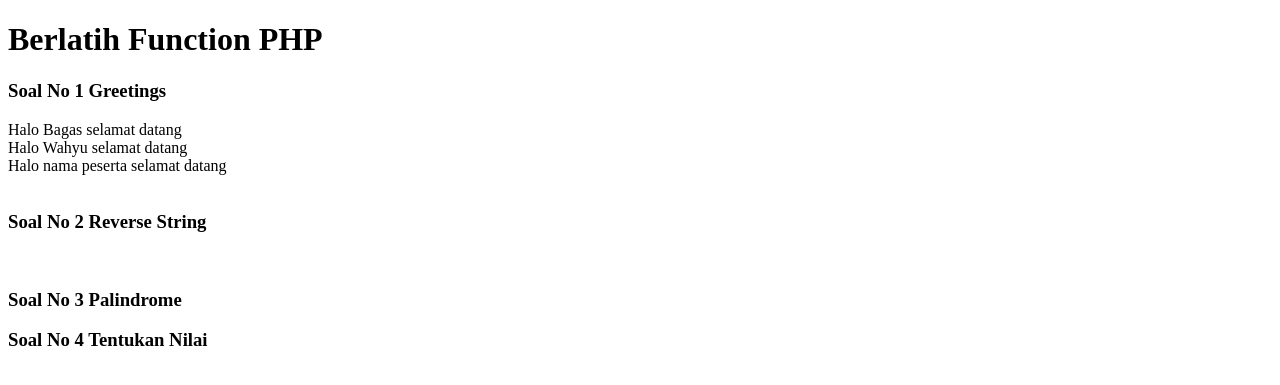
Repository: mfarhannr/IM-Sanbercode-Laravel-Web-Dev
Page: http://localhost/function-conditional.php
An editor plug-in stored every save of this project. The page is shown before and after a run of saves, followed by the edit.
The browser window is 1280 px wide. The pictures show the whole page.
The page is run by PHP 8.4 with error messages shown; the project is at /var/www/html/.

Above is the page before, as saved 2023-10-06 13:11:39.

After the next 5 saves:
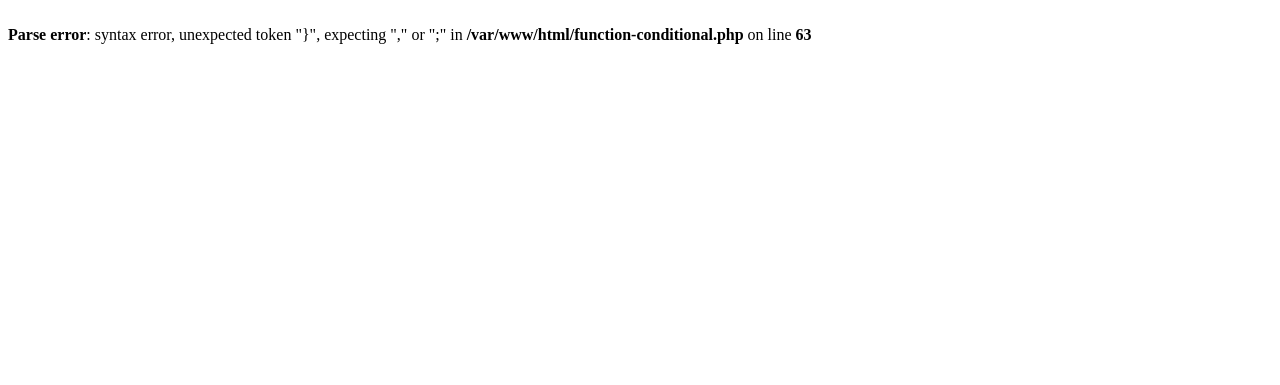
The 5 saves are shown as one change because they came seconds apart.
The last was saved 16 s later.
--- a/Soal-8-PHP/function-conditional.php
+++ b/Soal-8-PHP/function-conditional.php
@@ -59,7 +59,7 @@
 
 function reverseString($kata2){
     $string=reverse($kata2);
-
+    echo  $string . ""
 }
 
 // Hapus komentar di bawah ini untuk jalankan Code

After the 2 saves that followed:
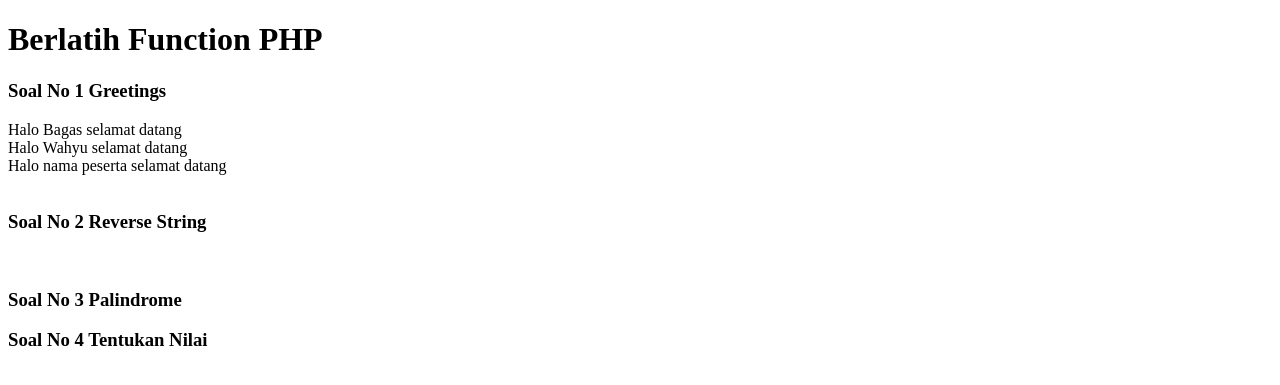
The 2 saves are shown as one change because they came seconds apart.
The last was saved 7 s later.
--- a/Soal-8-PHP/function-conditional.php
+++ b/Soal-8-PHP/function-conditional.php
@@ -59,7 +59,7 @@
 
 function reverseString($kata2){
     $string=reverse($kata2);
-    echo  $string . ""
+    echo  $string . "<br>";
 }
 
 // Hapus komentar di bawah ini untuk jalankan Code
